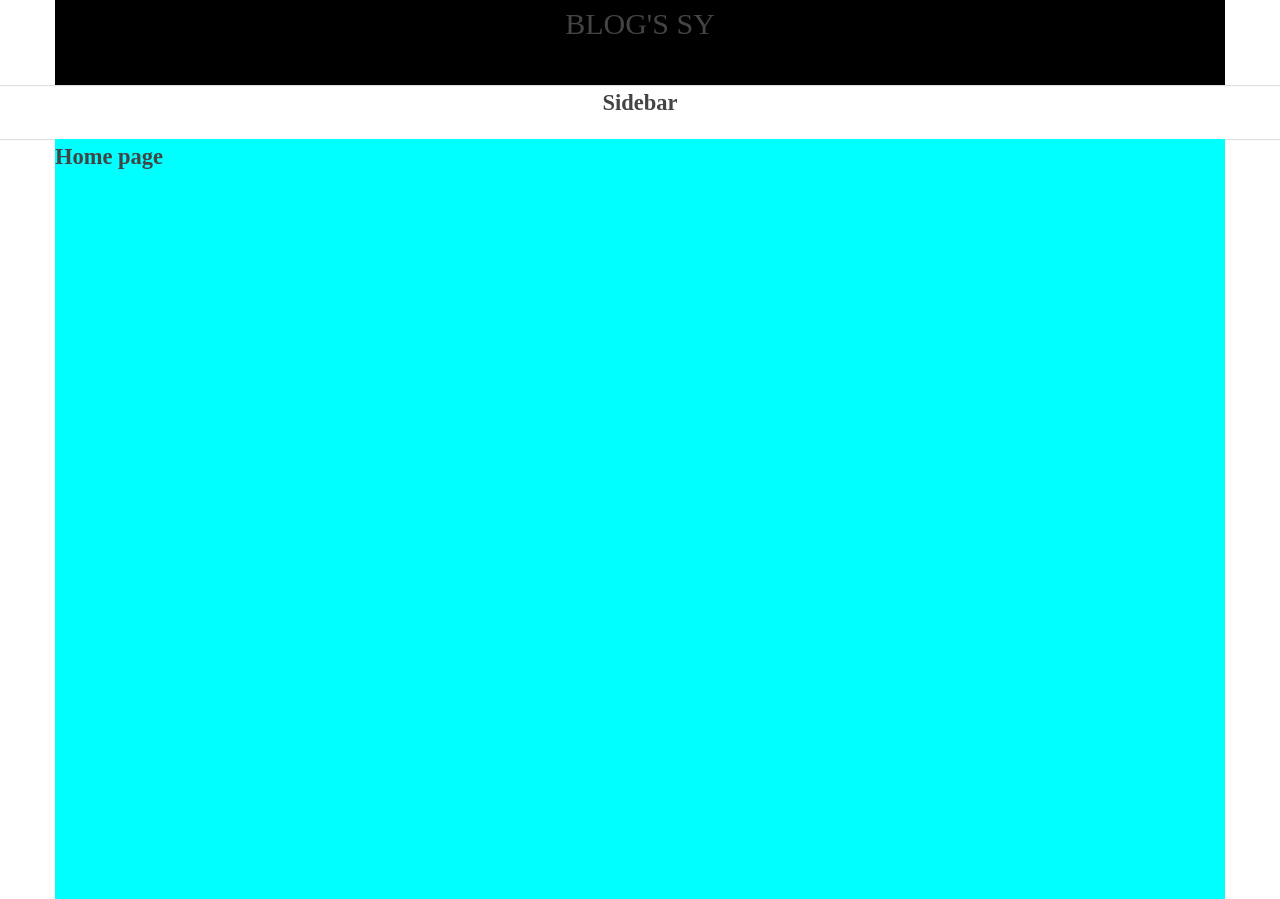
Repository: SyLe-Van/Make-Colorful
Page: /
The author's editor kept a copy of each file at every save. The page is drawn from the files as they stood at one save, then again after the next save.
The browser window is 1280 px wide. The pictures show the whole page.
Some web fonts or font styles are not loaded; a fallback is used. The project was rebuilt for these pictures with package versions that can differ from the ones it lists, and the page was loaded fresh each time. Also part of the build but not shown: src/pages/cinema/index.js, src/pages/fashion/index.js, src/pages/grooming/index.js, src/pages/lifestyle/index.js, src/pages/contact/index.js.

Above is the page before, as saved 2023-10-10 21:00:27.

After the next save:
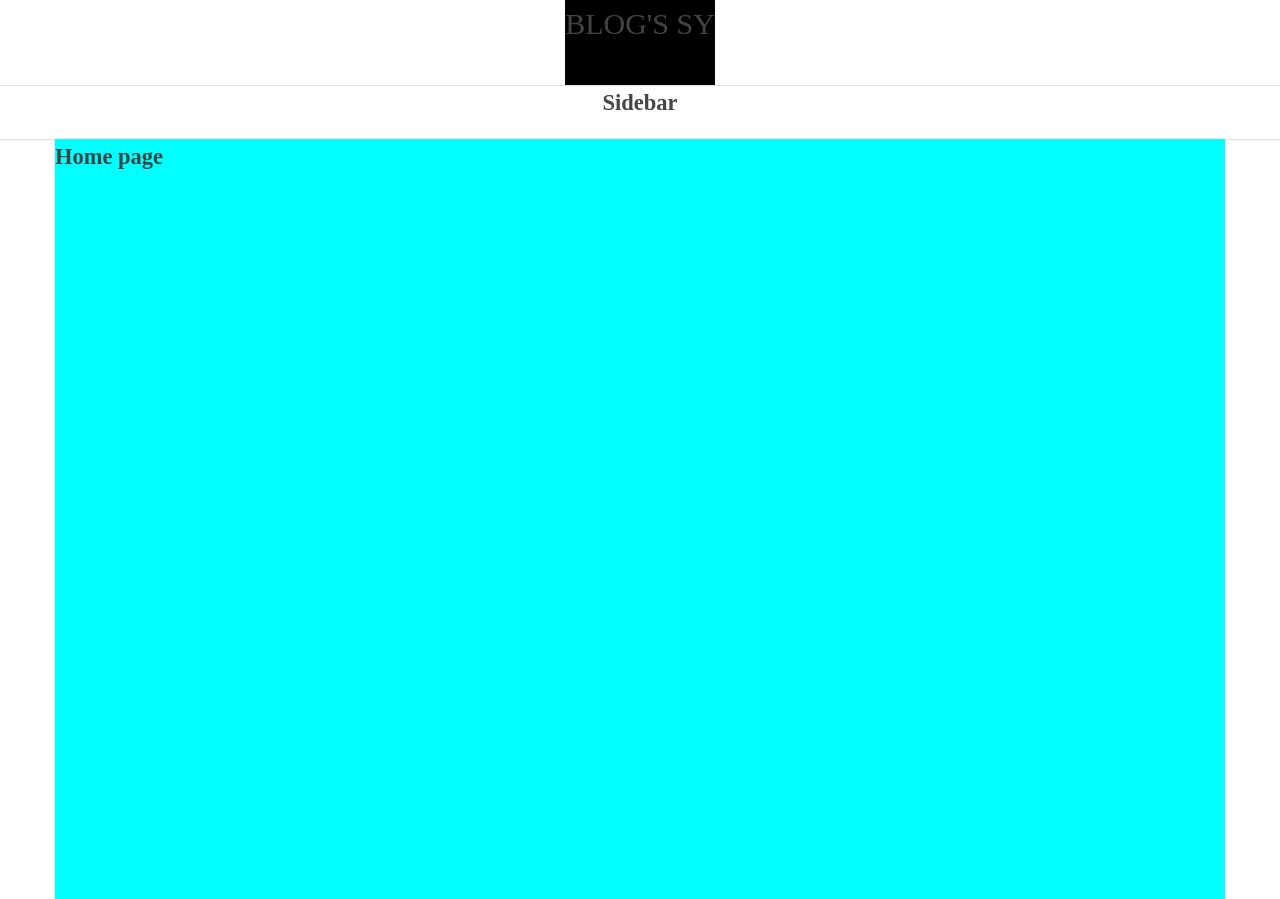
Saved 7 s later.
--- a/src/components/Layout/DefaultLayout/Header/Header.module.scss
+++ b/src/components/Layout/DefaultLayout/Header/Header.module.scss
@@ -6,8 +6,6 @@
     justify-content: center;
 }
 .inner {
-    height: 100%;
-    width: 1170px;
     background-color: #000;
     font-size: 30px;
     font-family: 'Playfair Display', serif;
